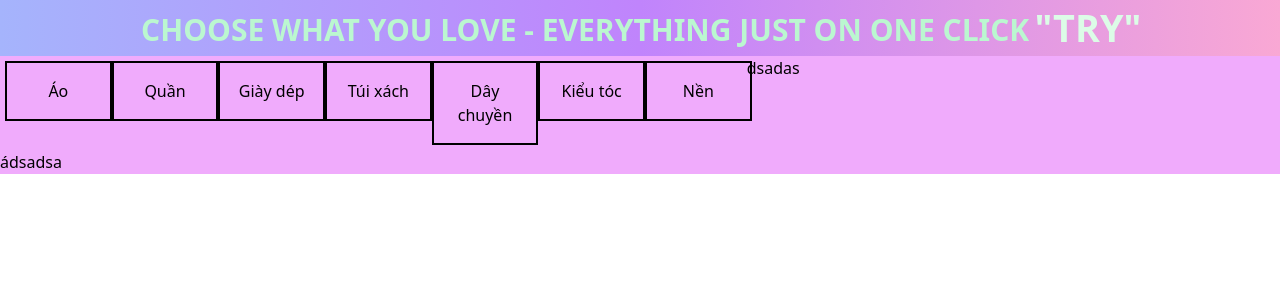
Repository: NguyenVietPhuQuy/ReactJs-TailWind-Redux-FunctionHook-ModelDesign
Page: / (app in modeldesign/)
An editor plug-in stored every save of this project. The page is shown before and after the next save, followed by the edit.
The browser window is 1280 px wide. The pictures show the whole page.
The project was rebuilt for these pictures with package versions that can differ from the ones it lists, and the page was loaded fresh each time. Also part of the build but not shown: modeldesign/src/App.css.

Above is the page before, as saved 2022-11-17 13:30:58.

After the next save:
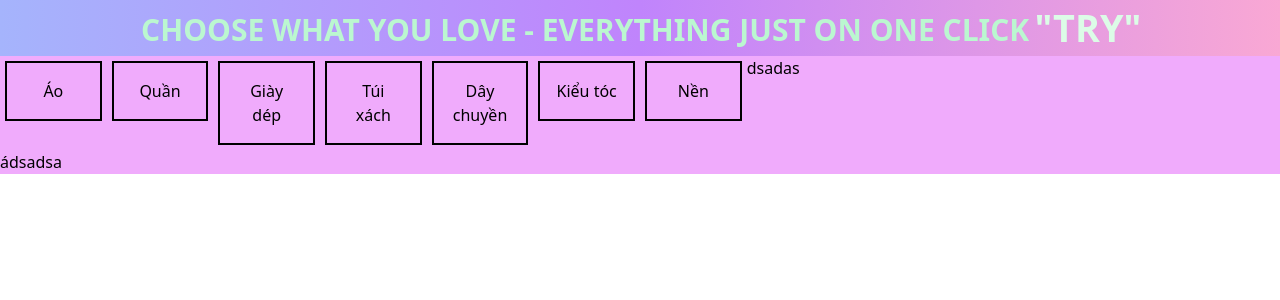
Saved 29 s later.
--- a/modeldesign/src/Components/Category.js
+++ b/modeldesign/src/Components/Category.js
@@ -8,8 +8,8 @@ function Category(props) {
         <div className=" flex flex-row w-full">
             {returnValue.map((item) => {
                 return (
-                    <div className="w-1/2">
-                        <button className="p-4 w-full "  style={{ border: "2px solid black",margin:5 }} >{item.showName}</button>
+                    <div className="w-1/2" style={{margin:5}}>
+                        <button className="p-4 w-full "  style={{ border: "2px solid black"}} >{item.showName}</button>
                     </div>
                 )
             })}
